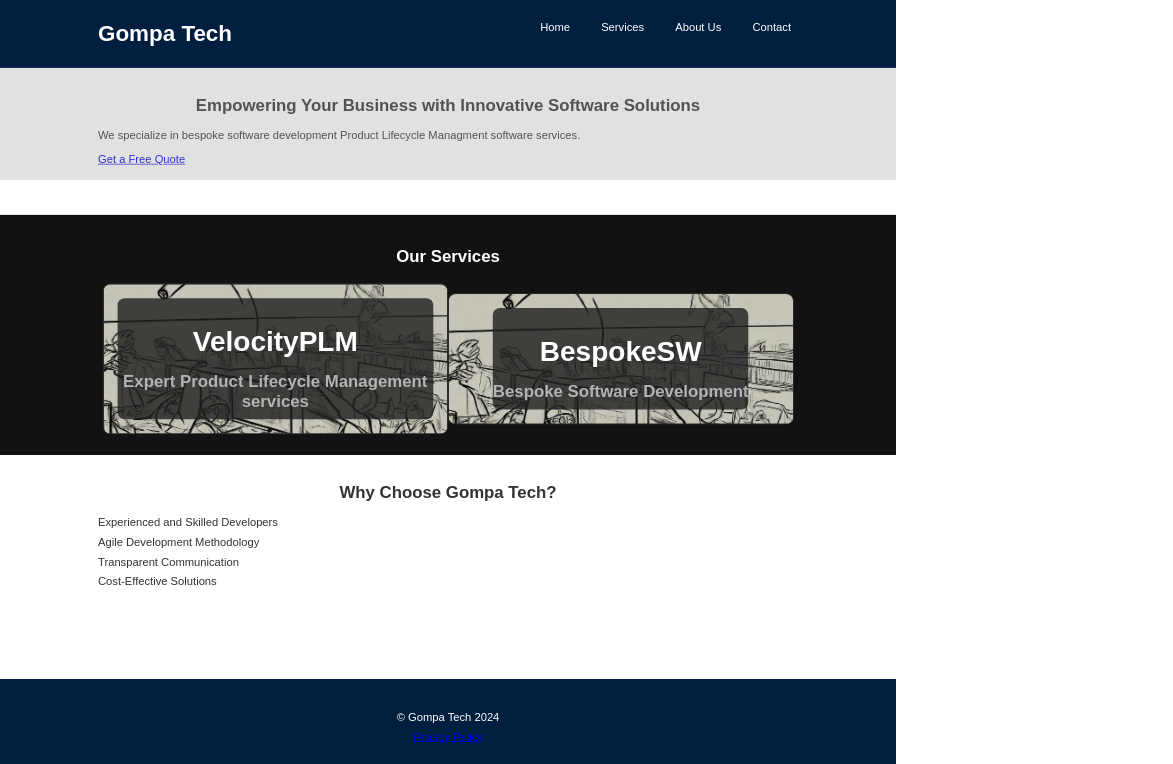
Repository: gompatech/website
Page: d3/index.html
The author's editor kept a copy of each file at every save. The page is drawn from the files as they stood at one save, then again after the next save.
The browser window is 1280 px wide. The page is 1280 px wide, then 1676 px, then 1280 px, so the pictures cover 1676 px, including what lies to the right of the window. The pictures show the part of the page from y = 0 to 1480 px (the page is 1092 px tall before and 7279 px after), at 70% of full size.
Pictures or frames that could not be fetched are drawn as grey boxes.

Above is the page before, as saved 2024-07-24 12:14:52.

### d3/index.html
<!DOCTYPE html>
<html lang="en">
<head>
  <meta charset="UTF-8">
  <meta name="viewport" content="width=device-width, initial-scale=1.0">
  <title>Gompa Tech - Software Development Solutions</title>
  <link rel="stylesheet" href="./style.css">
</head>
<body>
  <header class="navy-bg">
    <div class="container">
      <a href="#" class="logo">Gompa Tech</a>
      <nav>
        <ul>
          <li><a href="#">Home</a></li>
          <li><a href="#">Services</a></li>
          <li><a href="#">About Us</a></li>
          <li><a href="#">Contact</a></li>
        </ul>
      </nav>
    </div>
  </header>

  <main>
    <section class="hero">
      <div class="container">
        <h1>Empowering Your Business with Innovative Software Solutions</h1>
        <p>We specialize in bespoke software development Product Lifecycle Managment software services.</p>
        <a href="#" class="button">Get a Free Quote</a>
        <img src="images/hero-bg.jpg" alt="Code Background Image" class="hero-img">
      </div>
    </section>

    <section class="services navy-bg">
      <div class="container">
        <h2>Our Services</h2>
          <div class="services">
            <div class="services-container">
                <div class="text-content">
                    <h1>VelocityPLM</h1>
                    <h2>Expert Product Lifecycle Management services</h2>
                </div>
                <img src="./images/vPLMold.jpg" alt="VelocityPLM Old" class="active">
                <img src="./images/vPLMnew.jpg" alt="VelocityPLM New" class="inactive">
            </div>
            <div class="services-container">
                <div class="text-content">
                    <h1>BespokeSW</h1>
                    <h2>Bespoke Software Development</h2>
                </div>
                <img src="./images/vPLMold.jpg" alt="VelocityPLM Old" class="active">
                <img src="./images/vPLMnew.jpg" alt="VelocityPLM New" class="inactive">
            </div>
        </div>
      </div>
    </section>

    <section class="benefits">
      <div class="container">
        <h2>Why Choose Gompa Tech?</h2>
        <ul>
          <li>Experienced and Skilled Developers</li>
          <li>Agile Development Methodology</li>
          <li>Transparent Communication</li>
          <li>Cost-Effective Solutions</li>
        </ul>
      </div>
    </section>
  </main>

  <footer class="navy-bg">
    <div class="container">
      <p>&copy; Gompa Tech 2024</p>
      <a href="#">Privacy Policy</a>
    </div>
  </footer>
</body>
<style>
  .services {
      font-family: Arial, sans-serif;
      margin: 0;
      padding: 0;
      display: flex;
      flex-wrap: wrap;
      justify-content: center;
      align-items: center;
/*            height: 100vh;  */
      background-color: #121212;
      color: #ffffff;
      padding: 5px;
  }
  .services-container {
      width: 50%;
      padding: 20px;
      border: 1px solid #333;
      border-radius: 10px;
      background-color: #1e1e1e;
      box-sizing: border-box;
      display: flex;
      flex-direction: column;
      align-items: center;
      justify-content: center;
      position: relative;
      overflow: hidden;
  }
  .services-container img {
      width: 100%;
      height: auto;
      max-height: 300px;
      object-fit: cover;
      border-radius: 10px;
      position: absolute;
      top: 0;
      left: 0;
      opacity: 0;
      transition: opacity 1s ease-in-out;
  }
  .services-container img.active {
      opacity: 1;
      z-index: 1;
  }
  .services-container img.inactive {
      z-index: 0;
  }
  .text-content {
      position: relative;
      z-index: 2;
      text-align: center;
      padding-top: 20px;
      background: rgba(30, 30, 30, 0.8);
      border-radius: 10px;
  }
  .services-container h1 {
      font-size: 2.5em;
      margin: 0.5em 0;
  }
  .services-container h2 {
      font-size: 1.5em;
      margin: 0.5em 0;
      color: #b3b3b3;
  }
  @media (max-width: 600px) {
      .services-container {
          width: 100%;
      }
      .services-container h1 {
          font-size: 2em;
      }
      .services-container h2 {
          font-size: 1.2em;
      }
  }
</style>
</html>

### d3/style.css
/* Basic styles */
body {
  font-family: sans-serif;
  margin: 0;
  padding: 0;
}

.container {
  max-width: 1000px;
  margin: 0 auto;
  padding: 20px;
}

/* Header */
header {
  background-color: #001F3F;  /* Navy blue */
  color: #fff;
  padding: 10px 0;
}

.logo {
  font-size: 2em;
  font-weight: bold;
  text-decoration: none;
  color: #fff;
}

nav {
  float: right;
}

nav ul {
  list-style: none;
  margin: 0;
  padding: 0;
}

nav li {
  display: inline-block;
  margin-left: 20px;
}

nav a {
  color: #fff;
  text-decoration: none;
  padding: 5px 10px;
}

nav a:hover {
  background-color: #2F4F4F; /* Darker navy blue on hover */
  transition: background-color 0.3s ease;
}

/* Main content */
main {
  padding-bottom: 50px;
  color: #333;
}

section {
  margin-bottom: 50px;
}

h1, h2 {
  text-align: center;
  margin-bottom: 20px;
}

.hero {
  position: relative;
}

.hero-img {
  position: absolute;
  top: 0;
  left: 0;
  width: 100%;
  height: 100%;
  opacity: 0.3; /* Set the transparency level for the background image */
}

.service-card {
  display: flex;
  align-items: center;
  margin-bottom: 20px;
  padding: 20px;
  border: 1px solid #ddd;
  border-radius: 5px;
}

.service-card img {
  width: 100px;
  margin-right: 20px;
}

.benefits ul {
  list-style: none;
  margin: 0;
  padding: 0;
}

.benefits li {
  margin-bottom: 10px;
}

/* Footer */
footer {
  background-color: #001F3F;
  color: #fff;
  padding: 10px 0;
  text-align: center;
}

footer p {
  margin-bottom: 10px;
}

After the next save:
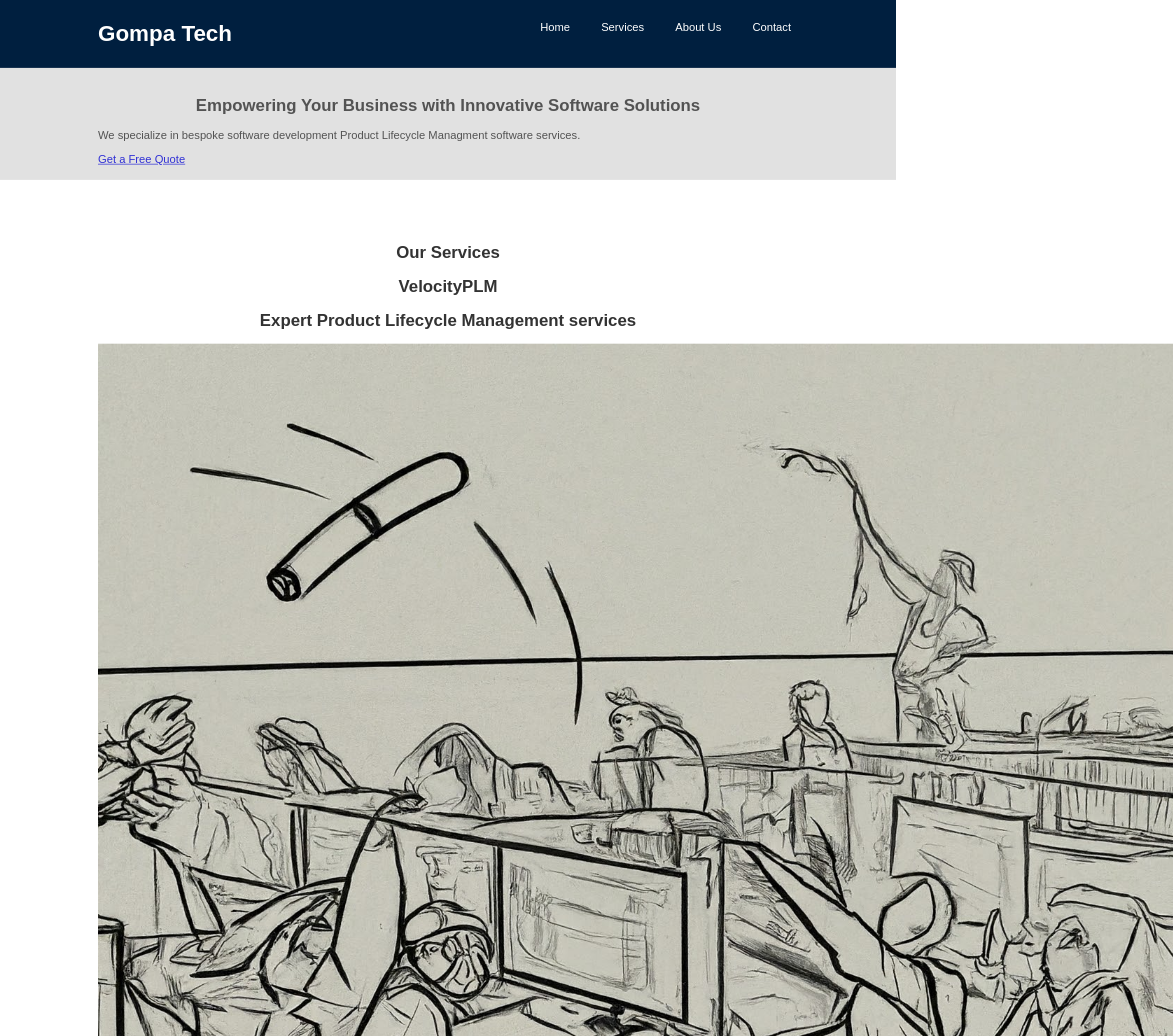
Saved 80 s later.
--- a/d3/index.html
+++ b/d3/index.html
@@ -75,80 +75,5 @@
     </div>
   </footer>
 </body>
-<style>
-  .services {
-      font-family: Arial, sans-serif;
-      margin: 0;
-      padding: 0;
-      display: flex;
-      flex-wrap: wrap;
-      justify-content: center;
-      align-items: center;
-/*            height: 100vh;  */
-      background-color: #121212;
-      color: #ffffff;
-      padding: 5px;
-  }
-  .services-container {
-      width: 50%;
-      padding: 20px;
-      border: 1px solid #333;
-      border-radius: 10px;
-      background-color: #1e1e1e;
-      box-sizing: border-box;
-      display: flex;
-      flex-direction: column;
-      align-items: center;
-      justify-content: center;
-      position: relative;
-      overflow: hidden;
-  }
-  .services-container img {
-      width: 100%;
-      height: auto;
-      max-height: 300px;
-      object-fit: cover;
-      border-radius: 10px;
-      position: absolute;
-      top: 0;
-      left: 0;
-      opacity: 0;
-      transition: opacity 1s ease-in-out;
-  }
-  .services-container img.active {
-      opacity: 1;
-      z-index: 1;
-  }
-  .services-container img.inactive {
-      z-index: 0;
-  }
-  .text-content {
-      position: relative;
-      z-index: 2;
-      text-align: center;
-      padding-top: 20px;
-      background: rgba(30, 30, 30, 0.8);
-      border-radius: 10px;
-  }
-  .services-container h1 {
-      font-size: 2.5em;
-      margin: 0.5em 0;
-  }
-  .services-container h2 {
-      font-size: 1.5em;
-      margin: 0.5em 0;
-      color: #b3b3b3;
-  }
-  @media (max-width: 600px) {
-      .services-container {
-          width: 100%;
-      }
-      .services-container h1 {
-          font-size: 2em;
-      }
-      .services-container h2 {
-          font-size: 1.2em;
-      }
-  }
-</style>
+
 </html>

After the save that followed:
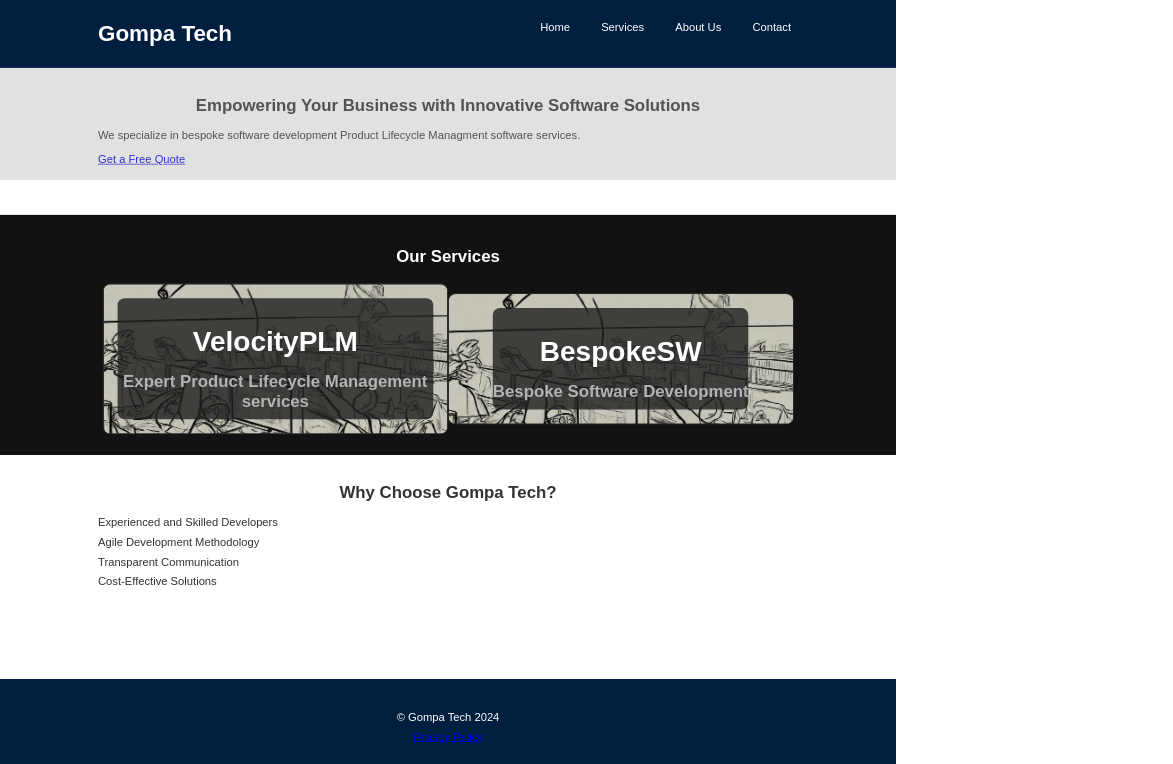
Saved 53 s later.
--- a/d3/index.html
+++ b/d3/index.html
@@ -75,5 +75,79 @@
     </div>
   </footer>
 </body>
-
+<style>
+  .services {
+      font-family: Arial, sans-serif;
+      margin: 0;
+      padding: 0;
+      display: flex;
+      flex-wrap: wrap;
+      justify-content: center;
+      align-items: center;
+      background-color: #121212;
+      color: #ffffff;
+      padding: 5px;
+  }
+  .services-container {
+      width: 50%;
+      padding: 20px;
+      border: 1px solid #333;
+      border-radius: 10px;
+      background-color: #1e1e1e;
+      box-sizing: border-box;
+      display: flex;
+      flex-direction: column;
+      align-items: center;
+      justify-content: center;
+      position: relative;
+      overflow: hidden;
+  }
+  .services-container img {
+      width: 100%;
+      height: auto;
+      max-height: 300px;
+      object-fit: cover;
+      border-radius: 10px;
+      position: absolute;
+      top: 0;
+      left: 0;
+      opacity: 0;
+      transition: opacity 1s ease-in-out;
+  }
+  .services-container img.active {
+      opacity: 1;
+      z-index: 1;
+  }
+  .services-container img.inactive {
+      z-index: 0;
+  }
+  .text-content {
+      position: relative;
+      z-index: 2;
+      text-align: center;
+      padding-top: 20px;
+      background: rgba(30, 30, 30, 0.8);
+      border-radius: 10px;
+  }
+  .services-container h1 {
+      font-size: 2.5em;
+      margin: 0.5em 0;
+  }
+  .services-container h2 {
+      font-size: 1.5em;
+      margin: 0.5em 0;
+      color: #b3b3b3;
+  }
+  @media (max-width: 600px) {
+      .services-container {
+          width: 100%;
+      }
+      .services-container h1 {
+          font-size: 2em;
+      }
+      .services-container h2 {
+          font-size: 1.2em;
+      }
+  }
+</style>
 </html>
